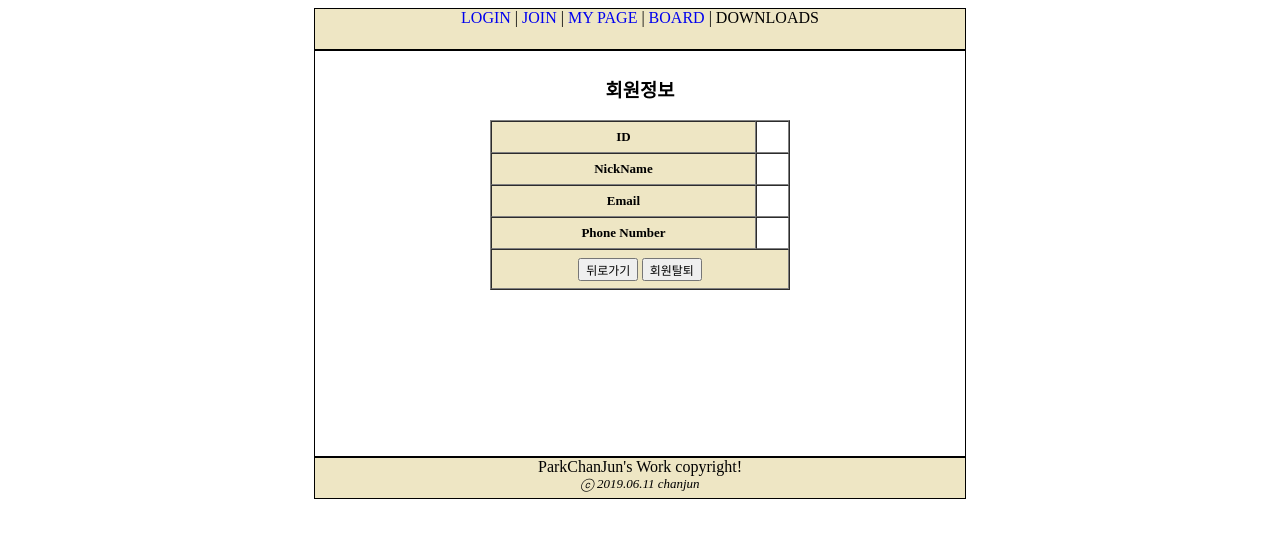
Repository: slolee/Spring-Board
Page: http://localhost/spring_project/WEB-INF/views/member/mypageResultView.jsp
An editor plug-in stored every save of this project. The page is shown before and after the next save, followed by the edit.
The browser window is 1280 px wide. The pictures show the whole page.
The page is served by Tomcat 9. Nobody is signed in. The template is opened directly, without the code that normally fills it, so the values that code supplies are empty.

Above is the page before, as saved 2019-06-17 02:28:34.

After the next save:
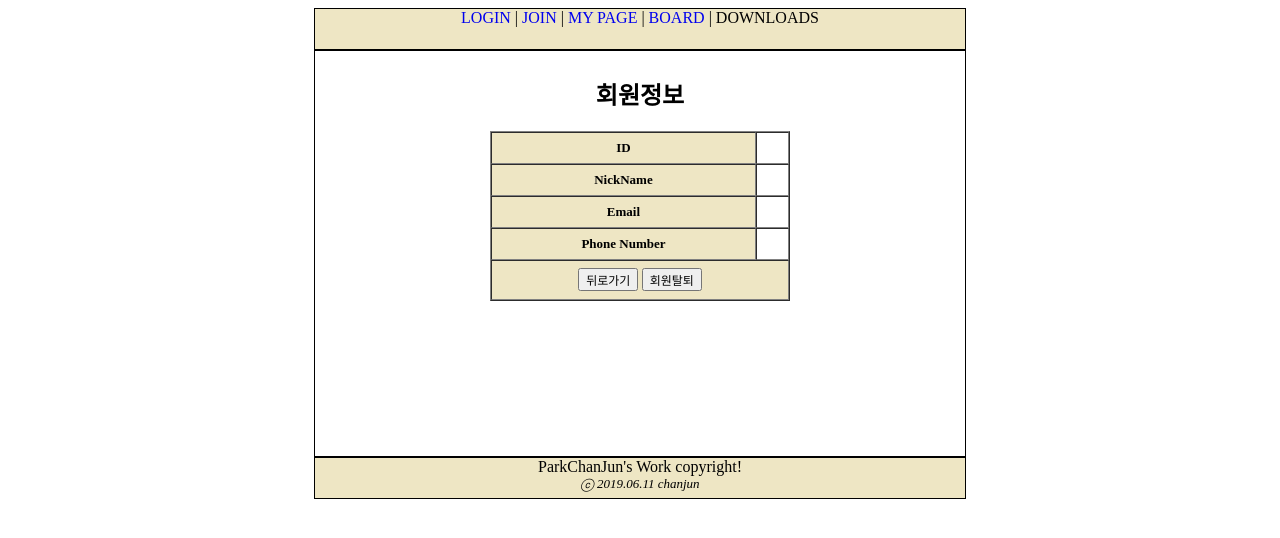
Saved 3 min 28 s later.
--- a/spring_project/src/main/webapp/WEB-INF/views/member/mypageResultView.jsp
+++ b/spring_project/src/main/webapp/WEB-INF/views/member/mypageResultView.jsp
@@ -4,7 +4,7 @@
 	<jsp:param name="title" value="MyPage"/>
 </jsp:include>
 
-	<h3>회원정보</h3>
+	<h2>회원정보</h2>
 	<table border=1 cellpadding="5" cellspacing="0" align="center" width="300px" height="170px" style="font-size:small;">
 		<tr>
 			<th>ID</th>
